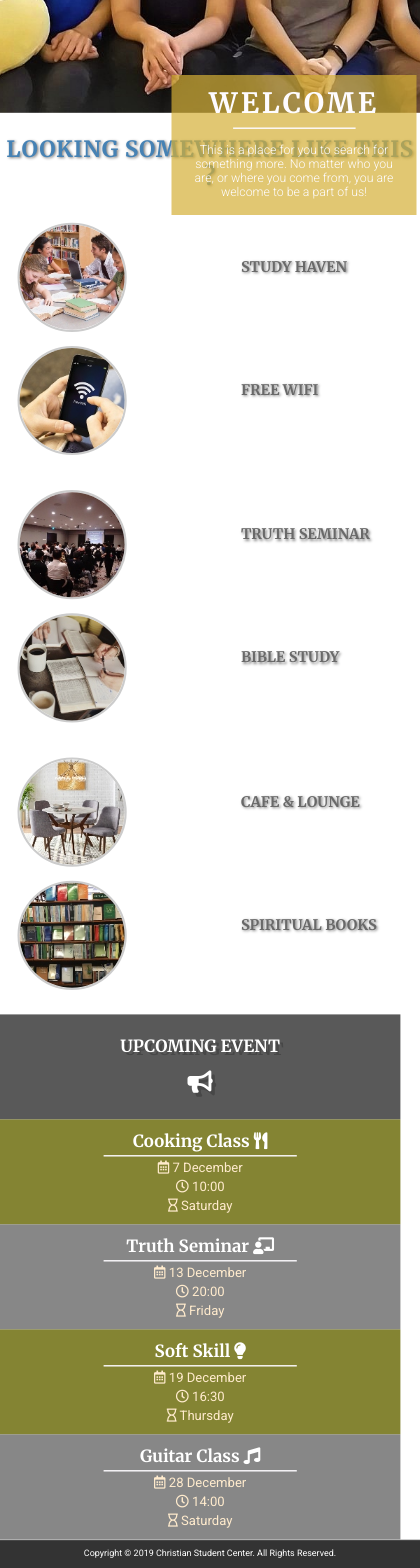
Repository: kongteckmee/christian-sc
Page: index.html
The author's editor kept a record of every edit. The page is drawn from the files as they stood at one moment, then again after the next edit.
The browser window is 600 px wide. The pictures show the part of the page from y = 663 to 2903 px (the page is 2903 px tall), at 70% of full size.
Some web libraries are served in a nearby version.

Above is the page before.

### index.html
<!DOCTYPE html>
<html lang="en">

<head>
    <meta charset="UTF-8">
    <meta name="viewport" content="width=device-width, initial-scale=1.0">
    <meta http-equiv="X-UA-Compatible" content="ie=edge">
    <link rel="stylesheet" href="https://use.fontawesome.com/releases/v5.1.1/css/all.css" integrity="sha384-O8whS3fhG2OnA5Kas0Y9l3cfpmYjapjI0E4theH4iuMD+pLhbf6JI0jIMfYcK3yZ" crossorigin="anonymous">
    <link rel="stylesheet" href="assets/css/style.css" type="text/css" />
    <title>Christian Student Center</title>
</head>

<body>
    <header>
        <a id="logo" href="index.html">
            <h2><span style="font-size: 150%">Christian</span> SC</h2>
        </a>
        <nav>
            <ul id="scmenu">
                <li>
                    <a href="meet.html">Meet Us</a>
                </li>
                <li>
                    <a href="gallery.html">Gallery</a>
                </li>
                <li>
                    <a class="scactive" href="index.html">Home</a>
                </li>
            </ul>
        </nav>
    </header>
    <section id="scmeetingrange">
        <div id="welcome-text">
            <h1>Welcome</h1>
            <hr>
            <h3>This is a place for you to search for something more. No matter who you are, or where you come from, you are welcome to be a part of us!</h3>
        </div>
    </section>
    <section id="about">
        <h1>Looking Somewhere Like This ?</h1>
        <div id="left">
            <div class="left-right-side">
                <h2>Study Haven</h2>
                <br>
                <p>A better place for your study and assignment.</p>
            </div>
            <div class="container">
                <div id="contain-study"></div>
            </div>
            <div class="left-right-side">
                <h2>Free Wifi</h2>
                <br>
                <p>Free wifi that allows to connect to the Internet.</p>
            </div>
            <div class="container">
                <div id="contain-wifi"></div>
            </div>
        </div>
        <div id="right">
            <div class="left-right-side">
                <h2>Truth Seminar</h2>
                <br>
                <p>God does not hide truth — He wants us to understand!</p>
            </div>
            <div class="container">
                <div id="contain-seminar"></div>
            </div>
            <div class="left-right-side">
                <h2>Bible Study</h2>
                <br>
                <p>Let the God's words to lead and guide.</p>
            </div>
            <div class="container">
                <div id="contain-bible"></div>
            </div>
        </div>
        <div id="center">
            <div class="middle">
                <h2>Cafe & Lounge</h2>
                <br>
                <p>A great place to chill and relax.</p>
            </div>
            <div class="container">
                <div id="contain-cafe"></div>
            </div>
            <div class="middle">
                <h2>Spiritual Books</h2>
                <br>
                <p>Supply by the heavenly food individually or corporately.</p>
            </div>
            <div class="container">
                <div id="contain-books"></div>
            </div>
        </div>
    </section>
    <section id="event">
        <div class="event-black">
            <h2>Upcoming Event</h2>
            <i class="fas fa-bullhorn"></i>
        </div>
        <div class="event-green">
            <h2>Cooking Class <i class="fas fa-utensils"></i></h2>
            <hr>
            <h3><i class="far fa-calendar-alt"></i> 7 December</h3>
            <h3><i class="far fa-clock"></i> 10:00</h3>
            <h3><i class="far fa-hourglass"></i> Saturday</h3>
        </div>
        <div class="event-grey">
            <h2>Truth Seminar <i class="fas fa-chalkboard-teacher"></i></h2>
            <hr>
            <h3><i class="far fa-calendar-alt"></i> 13 December</h3>
            <h3><i class="far fa-clock"></i> 20:00</h3>
            <h3><i class="far fa-hourglass"></i> Friday</h3>
        </div>
        <div class="event-green">
            <h2>Soft Skill <i class="fas fa-lightbulb"></i></h2>
            <hr>
            <h3><i class="far fa-calendar-alt"></i> 19 December</h3>
            <h3><i class="far fa-clock"></i> 16:30</h3>
            <h3><i class="far fa-hourglass"></i> Thursday</h3>
        </div>
        <div class="event-grey">
            <h2>Guitar Class <i class="fas fa-music"></i></h2>
            <hr>
            <h3><i class="far fa-calendar-alt"></i> 28 December</h3>
            <h3><i class="far fa-clock"></i> 14:00</h3>
            <h3><i class="far fa-hourglass"></i> Saturday</h3>
        </div>
    </section>
    <footer>
        <div id="footer-copyright">
            <p>Copyright © 2019 Christian Student Center. All Rights Reserved.</p>
        </div>
    </footer>
</body>

</html>

### assets/css/style.css
@import url('https://fonts.googleapis.com/css?family=Merriweather:500,600,700|Roboto:300,400,500');

* {
    margin: 0;
    padding: 0;
    border: 0;
}

body {
    font-family: 'Roboto', sans-serif;
    color: #696969; /*Grey color */
}

/* ------------------------------------------------------ Header */

header {
    line-height: 75px;
}

#logo {
    float: left;
    margin-left: 20px;
    text-decoration: none;
}

#logo h2 {
    font-family: 'Merriweather', serif;
    font-size: 200%;
    color: #4682b4; /* Steel Blue color */
    text-shadow: 2px 2px 4px #808080;
}

#scmenu {
    font-size: 120%;
    list-style-type: none;
    letter-spacing: 2px;
}

#scmenu li {
    float: right;
    margin-right: 30px;
}

#scmenu a {
    text-decoration: none;
    color: inherit;
}

#scmenu a:hover {
    color: #4682b4; /* Steel Blue color */
    font-weight: 500;
    text-shadow: 2px 2px 4px #808080;
}

.scactive {
    font-weight: 500;
    text-shadow: 2px 2px 4px #808080;
}

/* ------------------------------------------------------ Home-Section: Welcome */

#scmeetingrange {
    height: 700px;
    width: 100%;
    background: url("../img/home/meeting-t.jpg") no-repeat center center;
    overflow: hidden;
}

#welcome-text {
    width: 400px;
    height: 220px;
    padding-top:20px;
    bottom: 15px; /* Fixed the welcome text box-bottom */
    right: 15px; /* Fixed the welcome text box-right */
    background-color: rgba(212,175,55,.7);
    color: #fefcff; /* Milky white */
    position: absolute;
    text-align: center;
}

#welcome-text h1 {
    margin-bottom: 5px;
    font-size: 300%;
    font-family: 'Merriweather', serif;
    text-transform: uppercase;
    letter-spacing: 4px;
}

hr {
    width: 80%;
    height: 3px;
    margin-left: auto;
    margin-right: auto;
    background-color:#fefcff; /* Milky white */
}

#welcome-text h3 {
    margin: 20px;
    font-size: 130%;
    font-weight: 300;
}

/* ------------------------------------------------------ Home-Section: About */

#about {
    height: 500px;
}

#about h1, #about h2 {
    font-family: 'Merriweather', serif;
    text-transform: uppercase;
    text-shadow: 2px 2px 4px #808080;
}

#about h1 {
    margin-top: 30px;
    margin-bottom: 30px;
    color: #4682b4; /* Steel Blue color */
    text-align: center;
    font-size: 200%;
    letter-spacing: 1px;
}

#about h2 {
    font-size: 130%;
}

#left, #right {
    margin-right: 30px;
    padding-top: 30px;
    width: 30%;
}

#left {
    float: left;
}

#right {
    float: right;
}

#center {
    padding-top: 30px;
    width: 33%;
    margin: 0 auto; /* center the div */
}

br {
    display: block;
    content: "";
    margin: 2em;
    font-size: 24%; /* spacing */
}

.left-right-side, .middle {
    width: 50%;
    float: right;
    padding-top: 40px;
}

.left-right-side {
    clear: both;
    margin-left: 20px;
    margin-bottom: 50px;
}

.middle {
    margin-right: 20px;
}

.container {
    width: 150px;
    height: 150px;
    border: 3px solid #cccccc;
    border-radius: 50%;
    margin-left: 20px;
    margin-bottom: 20px;
}

#contain-study {
    background: url("../img/home/study-group.jpg") no-repeat center center;
    height: 100%;
    border-radius: 50%;
}

#contain-wifi {
    background: url("../img/home/free-wifi.jpg") no-repeat center center;
    height: 100%;
    border-radius: 50%;
}

#contain-seminar {
    background: url("../img/home/truth-seminar.jpg") no-repeat center center;
    height: 100%;
    border-radius: 50%;
}

#contain-bible {
    background: url("../img/home/bible-study.jpg") no-repeat center center;
    height: 100%;
    border-radius: 50%;
}

#contain-cafe {
    background: url("../img/home/cafe.jpg") no-repeat center center;
    height: 100%;
    border-radius: 50%;
}

#contain-books {
    background: url("../img/home/spiritual-book.jpg") no-repeat center center;
    height: 100%;
    border-radius: 50%;
}

/* ------------------------------------------------------ Home-Section: Event */

#event {
    height: 250px;
}

#event div {
    color: #ffebcd;
    width: 19.2%;
    height: 90%;
    float: left;
    padding-top: 30px;
    text-align: center;
    margin: 5px;
}

#event h2 {
    color: #ffffff;
    font-family: 'Merriweather', serif;
    margin-bottom: 20px;
}

#event h3 {
    margin-top: 20px;
    font-weight: 400;
}

.event-black {
    background-color: rgba(48,48,48,.8);
    text-shadow: 5px 5px 0px rgba(0,0,0,0.2);
}

.event-black h2 {
    padding: 30px;
    text-transform: uppercase;
}

.event-black i {
    color: #ffffff;
    font-size: 200%;
}

.event-grey {
    background-color: rgba(105,105,105,.8);
}

.event-green {
    background-color: rgba(102,102,0,.8);
}

/* ------------------------------------------------------ Footer */

footer {
    /*margin-top: 5px;*/
    border-top: 1px solid #fff;
    height: 40px;
    width: 100%;
    background-color: #333333;
    clear: both;
}

footer #footer-copyright {
    color: #fff;
    line-height: 35px;
    font-size: 80%;
    text-align: center;
}

/* ------------------------------------------------------ Gallery */

#scgallery {
    width: 100%;
    clear: both;
    background-color: #e6e2d3;
}

#gallery-text h1, #photo-text h1 {
    margin-bottom: 30px;
    padding-top: 50px;
    font-family: 'Merriweather', serif;
    font-size: 250%;
    text-align: center;
    text-shadow: 2px 2px 4px #808080;
    letter-spacing: 10px;
}

#gallery-text hr, #photo-text hr {
    width: 10%;
    height: 2px;
    margin-bottom: 40px;
    background-color: #808080;
}

#photo-text h3 {
    margin-bottom: 10px;
    font-size: 130%;
    font-weight: 300;
    text-align: center;
}

#video iframe {
    margin: 0 auto;
    display: block;
}

#photo {
    margin-top: 50px;
}

#photo img {
    width: 49%;
    margin-left: 4px;
}

/* ------------------------------------------------------ Meet Us: Location */

#meet {
    height: 650px;
    width: 100%;
    clear: both;
    background: url("../img/meet/desa.jpg") no-repeat center center;
}

#location {
    width: 20%;
    margin: 80px 0 0 150px;
    padding: 30px 30px 30px 30px;
    float: left;
    background-color: rgba(245,245,220,0.6);
    border-radius: 10px;
    color: #000;
    text-align: center;
}

#location h2 {
    font-family: 'Merriweather', serif;
    text-transform: none;
    text-shadow: 2px 2px 4px #808080;
    margin-bottom: 10px;
}

#open {
    padding-top: 30px;
}

#day{
    float: left;
    text-align: right;
    color: #4682b4;
    text-shadow: 2px 2px 4px #fff;
}

#time {
    float: right;
    margin-top: 5px;
    font-weight: 500;
    text-align: left;
    color: #404040;
}

#address, #phone, #follow {
    margin-top: 20px;
}

#address, #follow, #social li {
    clear: both;
    display: inline-block;
}

#contact p, #address p, #phone p {
    font-weight: 500;
    color: #404040;
}

#social i {
    font-size: 30px;
    margin-right: 5px;
    color: #404040;
}

#social i:hover {
    color: #4682b4;
}

/* ------------------------------------------------------ Meet Us: Form */

#form {
    width: 40%;
    margin: 140px 100px 0 0;
    padding: 20px 35px 20px 35px;
    float: right;
    background-color: rgba(60,60,60,0.6);
    border-radius: 10px;
    color: #fafafa;
}

#form p {
    margin-bottom: 20px;
    text-align: center;
}

textarea {
    resize: none;
}

.place-input {
    background-color: rgba(245,245,220,0.6);
    width: 100%;
    height: 25px;
    margin: 2px 0 5px 0;
    border: 3px solid #fafafa;
    border-radius: 5px;
    font-family: 'Roboto', sans-serif;
    font-size: 15px;
}

.place-input:hover {
    border-color: #4682b4;
}

button {
    background-color: #4682b4;
    margin-top: 10px;
    padding: 10px 30px 10px 30px;
    border-radius: 5px;
    color: #fafafa;
    font-size: 100%;
    text-align: center;
    display: block;
    float: right;
}

button:hover {
    background-color: #fafafa;
    color: #4682b4;
}

/* ------------------------------------------------------ Media Queries */

@media (min-width: 768px) and (max-width: 991px) {
    #welcome-text {
        bottom: 250px;
        right: 10px;
    }

    #about {
        width: 80%;
        height: 1200px;
        margin: 0 auto;
    }

    #left, #center, #right {
        width: 100%;
        padding: 15px;
        float: left;
    }

    .left-right-side, .middle {
        width: 50%;
        margin-right: 20px;
    }

    .container {
        margin-left: 50px;
    }

    #event div {
        width: 96%;
        height: 150px;
        padding: 10px;
        clear: both;
    }

    .event-black h2, .event-black h3 {
        line-height: 0;
        margin: 5px;
    }

    .event-black h2 {
        padding: 35px;
    }

    #event h2, #event h3 {
        margin: 8px;
    }

    #video iframe {
        width: 90%;
        height: 500px;
    }

    #photo-text h3 {
        margin: 30px;
    }

    #meet {
        height: 902px;
        background: url("../img/meet/desa_tab.jpg") no-repeat center center;
    }

    #location {
        width: 33%;
        margin: 175px 0 0 20px;
        padding: 30px 20px 30px 20px;
    }

    #form {
        width: 45%;
        margin: 220px 20px 0 10px;
    }

}

@media (min-width: 360px) and (max-width: 767px) {
    #welcome-text {
        width: 350px;
        height: 185px;
        padding-top: 15px;
        bottom: -170px;
        right: 5px;
    }

    #welcome-text h1 {
        margin-bottom: 10px;
        font-size: 250%;
    }

    hr {
        width: 50%;
        height: 2px;
    }

    #welcome-text h3 {
        margin: 20px;
        font-size: 110%;
        font-weight: 300;
    }

    #scmenu {
        clear: left;
        float: left;
        margin-left: 20px;
        margin-bottom: 20px;
        line-height: 25px;
    }

    #about h1 {
        text-align: center;
    }

    #left, #center, #right {
        width: 92%; /* Suit mobile device */
        padding: 15px;
        float: left;
    }

    .left-right-side, .middle {
        width: 40%;
        margin: 10px 2px 0 0;
        float: right;
    }

    .container {
        margin-left: 10px;
        margin-right: 5px;
    }

    #about p {
        display: none;
    }

    #event div {
        width: 92%;
        height: 130px;
        padding: 10px;
        margin: 0;
        clear: both;
    }

    .event-black h2, .event-black h3 {
        line-height: 0;
        margin: 2px;
    }

    .event-black h2 {
        padding: 30px;
    }

    #event h2, #event h3 {
        margin: 5px;
    }

    #video iframe {
        width: 100%;
        height: 400px;
    }

    #photo-text h3 {
        margin: 20px;
    }

    #photo img {
        width: 100%;
        margin: 0;
    }

    #meet {
        height: 1200px;
        background: none;
        background-color: #808080;
    }

    #location {
        width: 50%;
        margin: 65px 90px 0 90px;
    }

    #form {
        width: 50%;
        margin: 50px 80px 10px 80px;
        padding: 20px 35px 20px 35px;
    }
}

After the next edit:
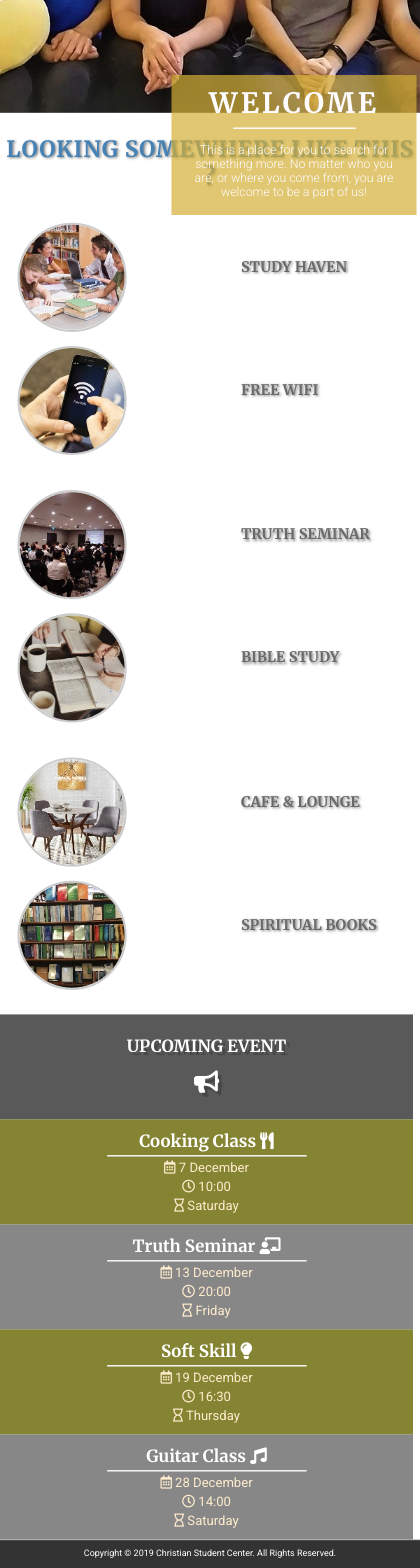
The edit:
--- a/assets/css/style.css
+++ b/assets/css/style.css
@@ -585,7 +585,7 @@
     }
 
     #event div {
-        width: 92%;
+        width: 95%;
         height: 130px;
         padding: 10px;
         margin: 0;
